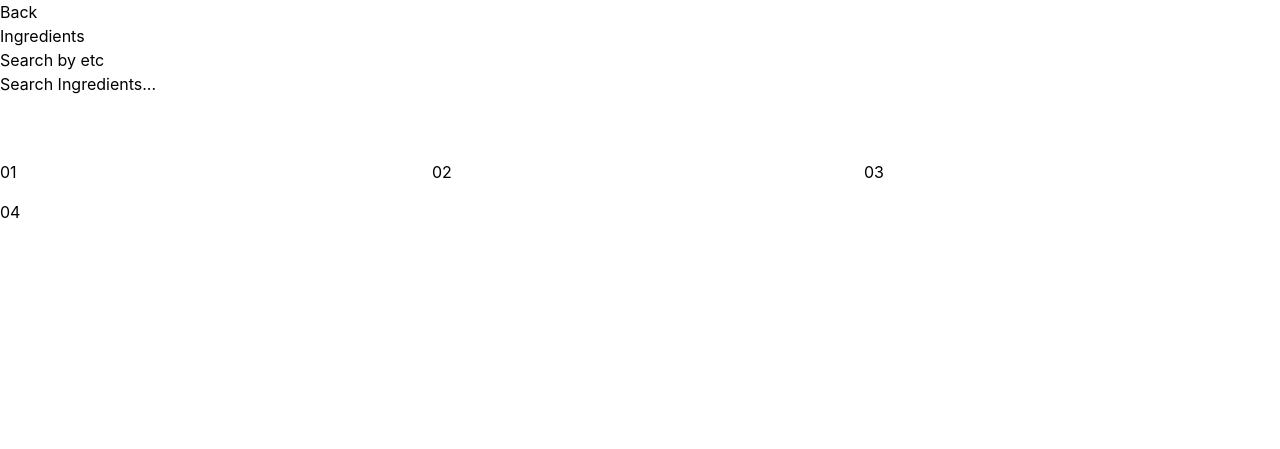
Repository: thais-chen/Meal
Page: /ingredients (app in meal-plan/)
These files come from the project's save history. The page is drawn as it stood at one moment and after a run of saves; the edit follows.
The browser window is 1280 px wide. The pictures show the whole page.
The project was rebuilt for these pictures with package versions that can differ from the ones it lists, and the page was loaded fresh each time. The framework's server and built-in components were replaced by stand-ins that run in the browser. Also part of the build but not shown: meal-plan/next.config.js.

Above is the page before, as saved 2022-08-09 16:59:11.

After the next 3 saves:
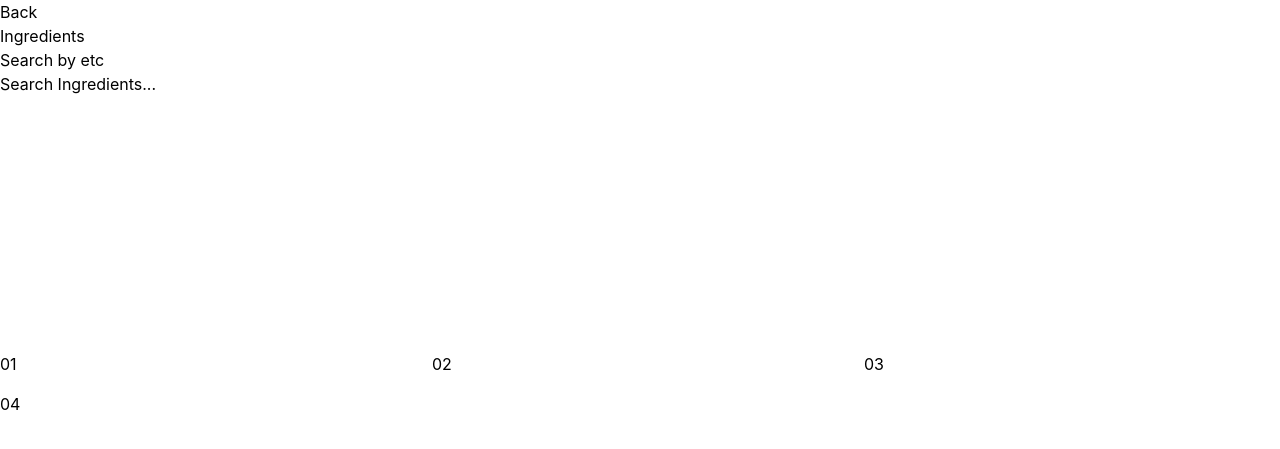
The 3 saves are shown as one change because they came seconds apart.
The last was saved 93 s later.
--- a/meal-plan/pages/ingredients.js
+++ b/meal-plan/pages/ingredients.js
@@ -14,6 +14,9 @@ export default function Ingredients(){
 
         <Form
             label = "Search Ingredients..." />
+                <div className="grid grid-cols-3 gap-4 place-content-center h-48 ...">
+                </div>
+
         <Grid />
       </>
     );
